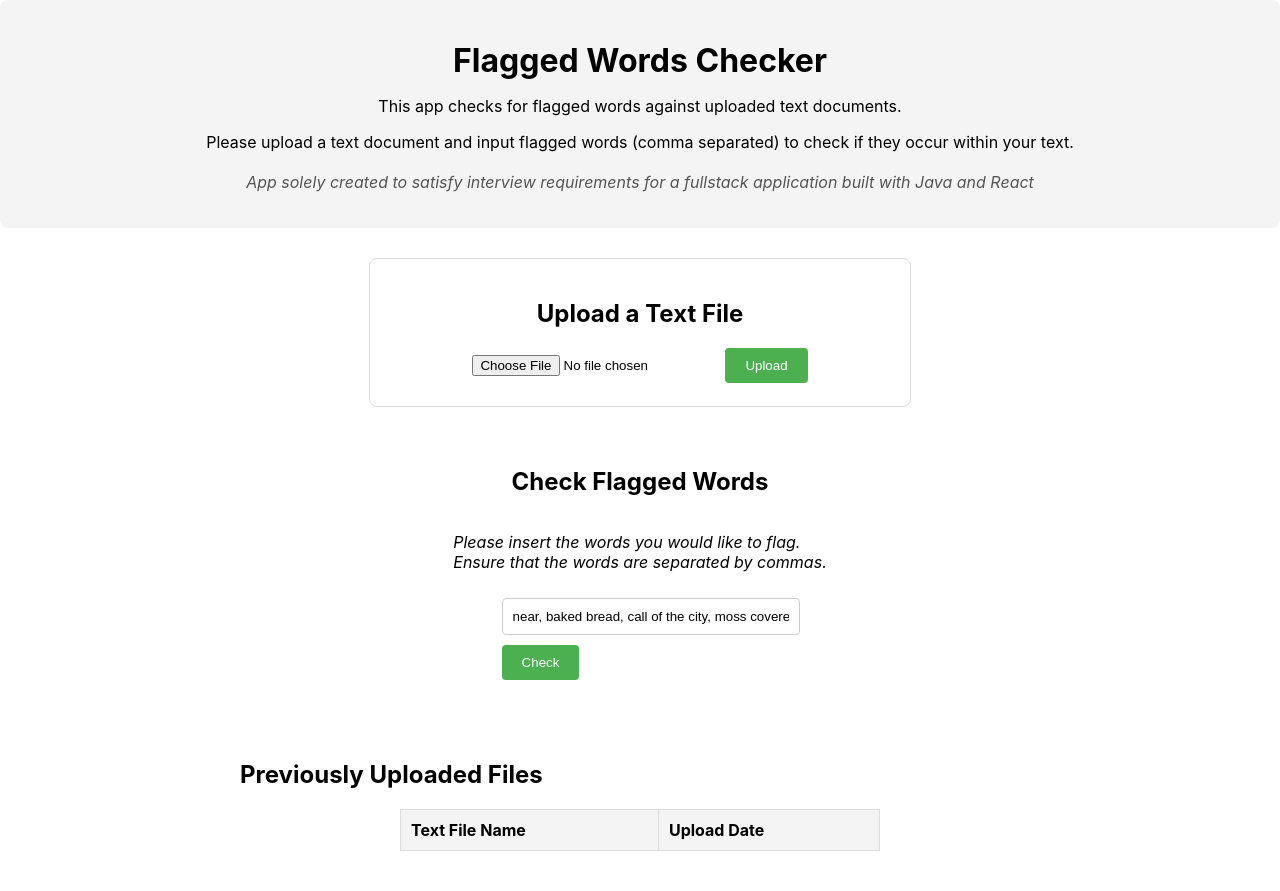
Repository: WafulaLukorito/flagged-Frontend
Page: /
The author's editor kept a copy of each file at every save. The page is drawn from the files as they stood at one save, then again after the next save.
The browser window is 1280 px wide. The pictures show the whole page.
The page's requests for data from a server got no answer. The project was rebuilt for these pictures with package versions that can differ from the ones it lists, and the page was loaded fresh each time. No one was signed in, and anything a server would have sent is missing.

Above is the page before, as saved 2024-01-21 00:26:15.

### src/App.js

// import './App.css';
import FileUpload from './components/FileUpload/FileUpload'
import FlaggedWordsChecker from './components/FlaggedWordsChecker/FlaggedWordsChecker';
import TextFilesTable from './components/TextFilesTable/TextFilesTable';
import AppIntroduction from './components/AppIntroduction/AppIntroduction';


function App() {
  return (
    <div className="App">
      <header className="App-header">
      </header>
      <AppIntroduction/>
<FileUpload/>
<FlaggedWordsChecker/>
<TextFilesTable/>

    </div>
  );
}

export default App;

### src/components/FileUpload/FileUpload.js
import React, { useState } from 'react';
import './FileUpload.css';
import moment from 'moment';


function FileUpload() {
    const [selectedFile, setSelectedFile] = useState(null);
    const [uploadResponse, setUploadResponse] = useState(null);

    const handleFileChange = (event) => {
        setSelectedFile(event.target.files[0]);
    };

    const handleUpload = async () => {
        if (!selectedFile) {
            alert('Please select a file to upload');
            return;
        }

        const formData = new FormData();
        formData.append('file', selectedFile);

        try {
            const response = await fetch('https://flagged.azurewebsites.net/api/words/upload', {
                method: 'POST',
                body: formData,
            });

            if (response.ok) {
                const data = await response.json();
                setUploadResponse(data);
                alert('File uploaded successfully');
            } else {
                alert('File upload failed');
            }
        } catch (error) {
            console.error('Error:', error);
            alert('Error uploading file');
        }
    };

    return (
        <div className="file-upload-container">
            <h2>Upload a Text File</h2>
            <input type="file" onChange={handleFileChange} className="file-upload-input" />
            <button onClick={handleUpload} className="file-upload-button">Upload</button>

            {uploadResponse && (
                <div className="file-upload-response">
                    <h3>Upload Response:</h3>
                    <p>Status: {uploadResponse.status}</p>
                    <p>File Name: {uploadResponse.fileName}</p>
                    <p>Upload: {moment(uploadResponse.uploadDate).fromNow()}</p>
                    <p>Contents:</p>
                    <textarea value={uploadResponse.contents} readOnly />
                </div>
            )}
        </div>
    );
}

export default FileUpload;

### src/components/FlaggedWordsChecker/FlaggedWordsChecker.js

import React, { useState } from 'react';
import './FlaggedWordsChecker.css';
import DOMPurify from 'dompurify';

function FlaggedWordsChecker() {
    const [inputWords, setInputWords] = useState('near, baked bread, call of the city, moss covered rock, bake, it, adventure, renewed purpose, distant');
    const [result, setResult] = useState(null);

    const handleSubmit = async (event) => {
        event.preventDefault();
        try {
            const response = await fetch('https://flagged.azurewebsites.net/api/words/check', {
                method: 'POST',
                headers: { 'Content-Type': 'application/json' },
                body: JSON.stringify({ words: inputWords })
            });
            const data = await response.json();
            setResult(data);
        } catch (error) {
            console.error('Error:', error);
        }
    };

    const highlightWords = (text, words) => {
        let highlightedText = text;
        words.forEach(word => {
            const regex = new RegExp(`\\b${word.trim()}\\b`, 'gi');
            highlightedText = highlightedText.replace(regex, `<span class="highlight">${word}</span>`);
        });
        return DOMPurify.sanitize(highlightedText);
    };


    return (
        <div className="flagged-words-checker-container">
            <h2>Check Flagged Words</h2>
            <p><em>Please insert the words you would like to flag.<br />Ensure that the words are separated by commas.</em></p>
            <form onSubmit={handleSubmit}>
                <input
                    type="text"
                    value={inputWords}
                    onChange={(e) => setInputWords(e.target.value)}
                    placeholder="Enter words separated by commas"
                />
                <button type="submit">Check</button>
            </form>

            {result && (
            <div>
                <h3>Results:</h3>
                <p><strong>We checked the words you have flagged against this text:</strong></p>
                <div dangerouslySetInnerHTML={{ __html: highlightWords(result.textCheckedAgainst, result.foundBadWords || []) }} />
                <p><strong>These are the flagged words contained in the file:</strong> {result.foundBadWords.join(', ')}</p>
                <p><strong>The number of flagged words:</strong> {result.numberOfBadWordsFound}</p>
                <p><strong>This check was performed on:</strong> {new Date(result.checkTime).toLocaleString()}</p>
      </div>
            )}
        </div>
    );
}

export default FlaggedWordsChecker;

### src/components/TextFilesTable/TextFilesTable.js
import React, { useState, useEffect } from 'react';
import './TextFilesTable.css';
import moment from 'moment';

function TextFilesTable() {
    const [textFiles, setTextFiles] = useState([]);

    useEffect(() => {
        fetch('https://flagged.azurewebsites.net/api/words/uploadedfiles')
            .then(response => response.json())
            .then(data => setTextFiles(data))
            .catch(error => console.error('Error fetching data:', error));
    }, []);

    return (
        <div className="table-container">
            <h2>Previously Uploaded Files</h2>
            <table>
                <thead>
                    <tr>
                        <th>Text File Name</th>
                        <th>Upload Date</th>
                    </tr>
                </thead>
                <tbody>
                    {textFiles.map(file => (
                        <tr key={file.id}>
                            <td>{file.name}</td>
                            <td>{moment(file.uploadDate).fromNow()}</td>
                        </tr>
                    ))}
                </tbody>
            </table>
        </div>
    );
}

export default TextFilesTable;

### src/components/AppIntroduction/AppIntroduction.js

import React from 'react';
import './AppIntroduction.css'; // Make sure to create and import the corresponding CSS file

function AppIntroduction() {
    return (
        <div className="app-introduction">
            <h1 className="app-title">Flagged Words Checker</h1>
            <p>This app checks for flagged words against uploaded text documents.</p>
            <p>Please upload a text document and input flagged words (comma separated) to check if they occur within your text.</p>
            <p className="app-credits">App solely created to satisfy interview requirements for a fullstack application built with Java and React</p>
        </div>
    );
}

export default AppIntroduction;

### src/components/FileUpload/FileUpload.css
/* FileUpload.css */
.file-upload-container {
    max-width: 500px;
    margin: 20px auto;
    padding: 20px;
    border: 1px solid #ddd;
    border-radius: 8px;
    text-align: center;
}

.file-upload-input {
    margin-bottom: 10px;
}

.file-upload-response {
    margin-top: 20px;
    text-align: left;
}

.file-upload-response textarea {
    width: 100%;
    height: 100px;
    padding: 10px;
    border-radius: 4px;
    border: 1px solid #ccc;
    resize: none;
}

.file-upload-button {
    background-color: #4CAF50;
    color: white;
    padding: 10px 20px;
    border: none;
    border-radius: 4px;
    cursor: pointer;
}

.file-upload-button:hover {
    background-color: #45a049;
}

### src/components/FlaggedWordsChecker/FlaggedWordsChecker.css
/* FlaggedWordsChecker.css */
.flagged-words-checker-container {
    display: flex;
    flex-direction: column;
    align-items: center;
    justify-content: center;
    padding: 20px;
    max-width: 800px; /* Adjust the max-width as needed */
    margin: 0 auto;
}

input[type="text"] {
    width: 100%; /* Full width */
    padding: 10px;
    margin: 10px 0;
    border: 1px solid #ccc;
    border-radius: 4px;
}

button {
    padding: 10px 20px;
    background-color: #4CAF50;
    color: white;
    border: none;
    border-radius: 4px;
    cursor: pointer;
}

button:hover {
    background-color: #45a049;
}

.results {
    text-align: left;
    width: 100%;
    word-wrap: break-word;
}

.highlight {
    background-color: yellow;
    color: red;
    font-weight: bold;
}

### src/components/TextFilesTable/TextFilesTable.css
.table-container {
    max-width: 800px;
    margin: 20px auto;
    padding: 20px;
}

table {
    width: 60%;
    margin: 0 auto; /* Centers the table horizontally */
    border-collapse: collapse;
}

table, th, td {
    border: 1px solid #ddd;
}

th, td {
    padding: 10px;
    text-align: left;
}

th {
    background-color: #f4f4f4;
}

### src/components/AppIntroduction/AppIntroduction.css


.app-introduction {
    text-align: center;
    padding: 20px;
    margin-bottom: 30px;
    background-color: #f4f4f4;
    border-radius: 8px;
}

.app-title {
    font-weight: bold;
    margin-bottom: 15px;
}

.app-credits {
    margin-top: 20px;
    font-style: italic;
    color: #555;
}

Loaded but not shown: public/index.html (common file); src/index.js (common file); src/index.css (common file); src/reportWebVitals.js (common file)

After the next save:
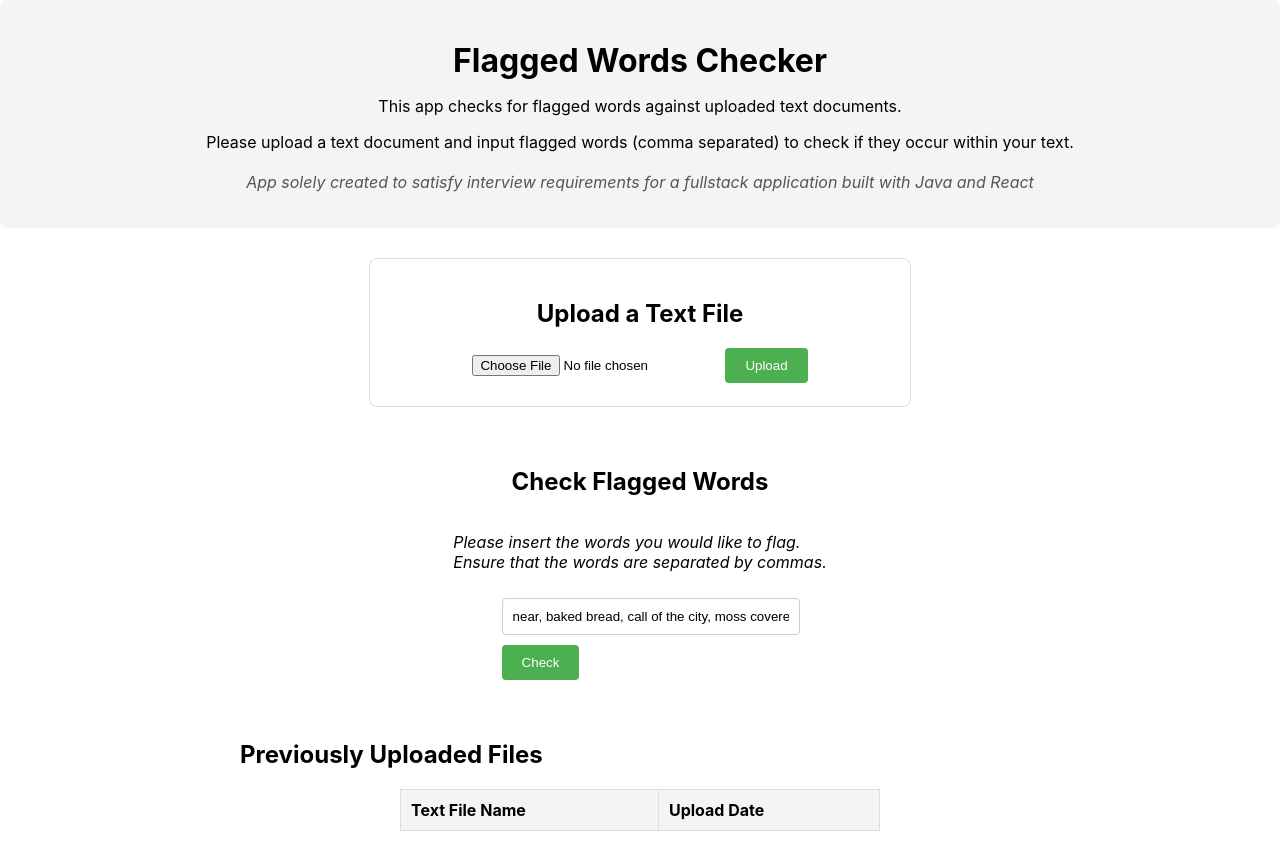
Saved 93 s later.
--- a/src/components/TextFilesTable/TextFilesTable.css
+++ b/src/components/TextFilesTable/TextFilesTable.css
@@ -1,12 +1,12 @@
 .table-container {
     max-width: 800px;
-    margin: 20px auto;
+    margin: 0 auto;
     padding: 20px;
 }
 
 table {
     width: 60%;
-    margin: 0 auto; /* Centers the table horizontally */
+    margin: 0 auto;
     border-collapse: collapse;
 }
 
